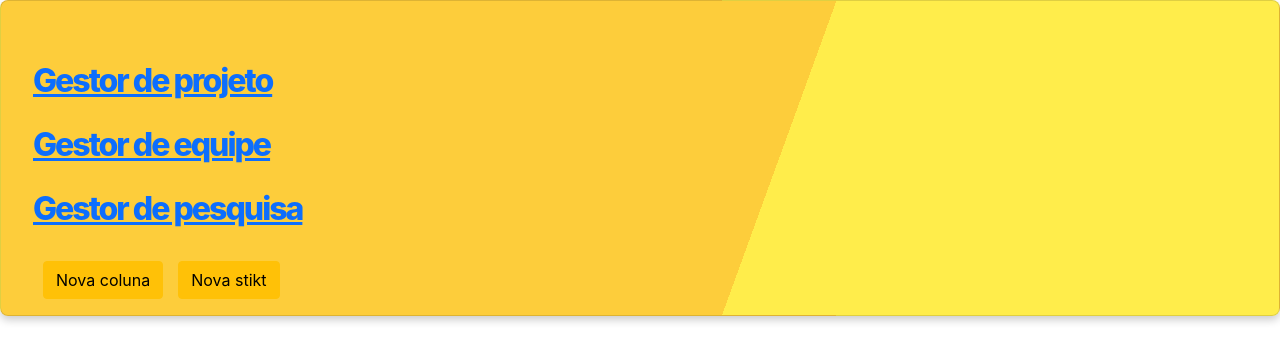
Repository: shadowruge/kanban
Page: index.html
An editor plug-in stored every save of this project. The page is shown before and after the next save, followed by the edit.
The browser window is 1280 px wide. The pictures show the whole page.

Above is the page before, as saved 2021-06-12 19:57:38.

### index.html
<!DOCTYPE html>
<html lang="en">
  <head>
    <meta charset="UTF-8" />
    <meta http-equiv="X-UA-Compatible" content="IE=edge" />
    <meta name="viewport" content="width=device-width, initial-scale=1.0" />
    <script src="https://cdn.jsdelivr.net/npm/@popperjs/core@2.9.2/dist/umd/popper.min.js" integrity="sha384-IQsoLXl5PILFhosVNubq5LC7Qb9DXgDA9i+tQ8Zj3iwWAwPtgFTxbJ8NT4GN1R8p" crossorigin="anonymous"></script>
<script src="https://cdn.jsdelivr.net/npm/bootstrap@5.0.1/dist/js/bootstrap.min.js" integrity="sha384-Atwg2Pkwv9vp0ygtn1JAojH0nYbwNJLPhwyoVbhoPwBhjQPR5VtM2+xf0Uwh9KtT" crossorigin="anonymous"></script>

    <script src="https://cdn.jsdelivr.net/npm/bootstrap@5.0.1/dist/js/bootstrap.bundle.min.js" integrity="sha384-gtEjrD/SeCtmISkJkNUaaKMoLD0//ElJ19smozuHV6z3Iehds+3Ulb9Bn9Plx0x4" crossorigin="anonymous"></script>
    <link href="https://cdn.jsdelivr.net/npm/bootstrap@5.0.1/dist/css/bootstrap.min.css" rel="stylesheet" integrity="sha384-+0n0xVW2eSR5OomGNYDnhzAbDsOXxcvSN1TPprVMTNDbiYZCxYbOOl7+AMvyTG2x" crossorigin="anonymous">
    <link rel="stylesheet" href="style.css" />
    <script src="index.js"></script>
    <title id="Description">Shadow Kanban</title>
  </head>

  <header>

  </header>

  <body>
    <div class="card-holder">
  <div class="card bg-gold">
    <nav class="nav"></nav>
      <p><a href="#">Gestor de projeto</a></p>
      <p><a href="#">Gestor de equipe</a></p>
      <p><a href="#">Gestor de pesquisa</a></p>
    </nav>
    <!--botão-->

  <button type="button" class="btn btn-warning">Nova coluna</button>

  <button type="button" class="btn btn-warning">Nova stikt</button>
  <div class="Linha" style="width:600px;">
    <!-- RECEBE DIVS DINAMICAS -->
    </div>
  </div>

  </div>
  </body>
  <script>

  </script>
</html>

### style.css
* {
  margin: 0;
  padding: 0;
  border: 0;
}

header{
  background-color:white;
}

.body {
  font-size: 15px;
}


.card {
  font-family: -apple-system, BlinkMacSystemFont, 'Open Sans', sans-serif;
  font-size: 2em;
  font-weight: 800;
  height: 4em;
  width: 64em;
  padding: 0.5em 1em;
  border-radius: 0.25em;
  display: table-cell;
  vertical-align: middle;
  letter-spacing: -2px;
  box-shadow: 0 4px 8px 0 rgba(0,0,0,0.2);
}

.bg-gold {
  background: -webkit-linear-gradient(110deg, #fdcd3b 60%, #ffed4b 60%);
  background: -o-linear-gradient(110deg, #fdcd3b 60%, #ffed4b 60%);
  background: -moz-linear-gradient(110deg, #fdcd3b 60%, #ffed4b 60%);
  background: linear-gradient(110deg, #fdcd3b 60%, #ffed4b 60%);
}


#kanban {

  width: 97%;
  color: white;
  text-align: center;
  display: flex;
  flex-wrap: wrap;
}

.nav {

  padding: 20px;
  display: flex;
  justify-content: space-around;
  flex-wrap: wrap;
}

.ideias,
.pesquisa,
.progresso,
.testes,
.pronto {
  margin-top: 5px;
  margin-left: auto;
}

.membros,
.membros-lideres {
  margin-left: 150px;
}

.d-flex {
  display: flex !important;
}

.flex-column {
  flex-direction: column !important;
}

.board {
  padding: 20px;
}

.board-column {
  margin-left: 20px;
}

.column-body {
  margin-top: 2em;
}

.card textarea {
  resize: none;
}

.sticker {
  width: 180px;
  height: 180px;
  }

  button {
  margin-top: 10px;
  margin-left: 10px;
  }

### index.js
function dragStartHandler(ev) {
  ev.dataTransfer.setData("application/my-app", ev.target.id);
  ev.dataTransfer.effectAllowed = "move";
}

function dragCardStart(e) {
  console.log(e);
}

function dragOvertHandler(ev) {
  ev.preventDefault();
  ev.dataTransfer.dropEffect = "move";
}

function dropHandler(ev) {
  ev.preventDefault();
  const data = ev.dataTransfer.getData("application/my-app");
  ev.target.appendChild(document.getElementById(data));
}

function handleInputKeys({ key }) {
  switch (key) {
    case "Enter":
      break;

    default:
      break;
  }
}

const onInputClick = (e) => {
  e.preventDefault();
  e.stopPropagation();
  e.target.disabled = false;
  e.target.focus();
};

const onInputLostFocus = (e) => {
  console.log(e);
  e.target.disabled = true;
};

function addNewCard(e) {
  //   console.log(e);
  //   console.log(column);
  //   console.log(body);
  //   console.log(body.children);
  //   console.log(body.children[0].getAttributeNames());
  const [, , , column] = e.path;
  const [, body] = column.children;
  const addButton = body.children[body.children.length - 1];
  const card = document.createElement("div");
  const input = document.createElement("textarea");
  input.cols = 30;
  input.rows = 10;
  input.disabled = true;
  card.appendChild(input);
  card.classList.add("card");
  card.draggable = "true";
  card.addEventListener("click", onInputClick);
  card.addEventListener("focusout", onInputLostFocus);
  card.addEventListener("dragstart", dragCardStart);
  body.removeChild(addButton);
  body.appendChild(card);
  body.appendChild(addButton);
}

After the next save:
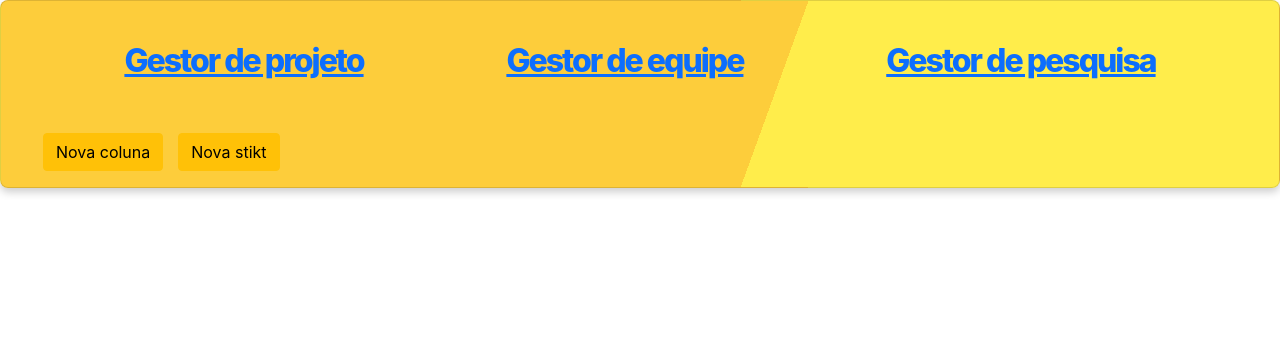
Saved 8 s later.
--- a/index.html
+++ b/index.html
@@ -21,7 +21,7 @@
   <body>
     <div class="card-holder">
   <div class="card bg-gold">
-    <nav class="nav"></nav>
+    <nav class="nav">
       <p><a href="#">Gestor de projeto</a></p>
       <p><a href="#">Gestor de equipe</a></p>
       <p><a href="#">Gestor de pesquisa</a></p>
